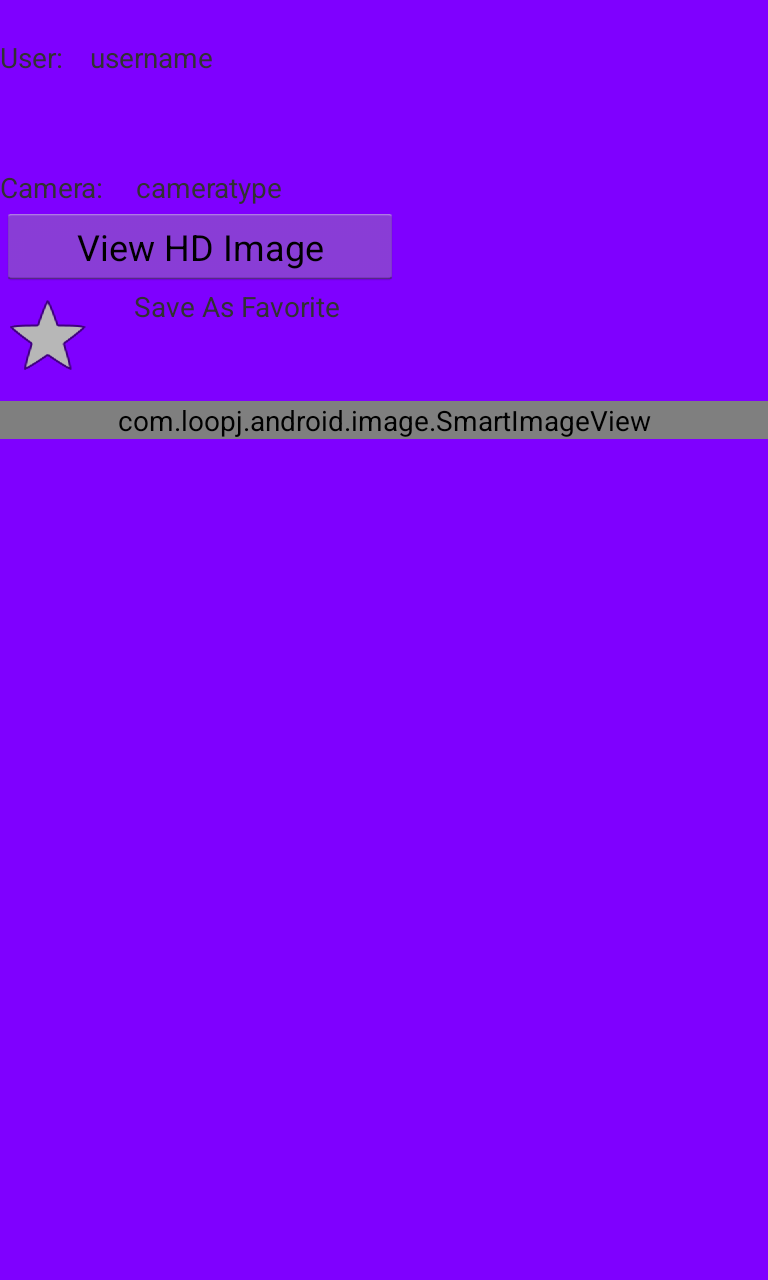
Repository: arianaantonio/Java2_Antonio
Layout: SpaceImageViewer/res/layout/details_activity.xml
An editor plug-in stored every save of this project. The layout is shown before and after the next save, followed by the edit.
Pictures or frames that could not be fetched are drawn as grey boxes. It is drawn on a 768 x 1280 px phone screen (xhdpi) without system bars, with theme AppTheme; the app's code is not run.

Above is the layout before, as saved 2014-07-18 02:20:09.

After the next save:
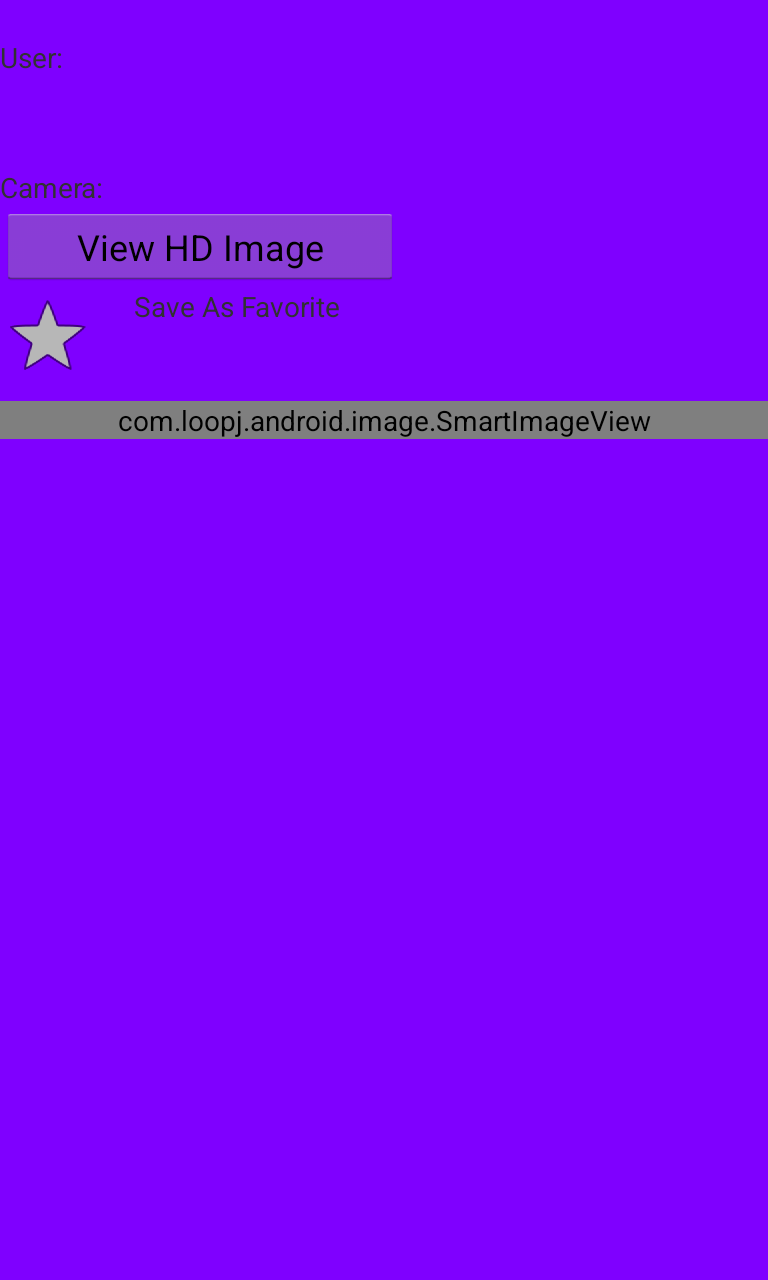
Saved 17 s later.
--- a/SpaceImageViewer/res/layout/details_activity.xml
+++ b/SpaceImageViewer/res/layout/details_activity.xml
@@ -31,7 +31,7 @@
             android:id="@+id/userName"
             android:layout_width="fill_parent"
             android:layout_height="wrap_content"
-            android:text="username" />
+            android:text="" />
     </LinearLayout>
 
     <LinearLayout
@@ -53,7 +53,7 @@
             android:layout_width="wrap_content"
             android:layout_height="wrap_content"
             android:layout_weight="7.80"
-            android:text="cameratype" />
+            android:text="" />
     </LinearLayout>
 
     <Button
